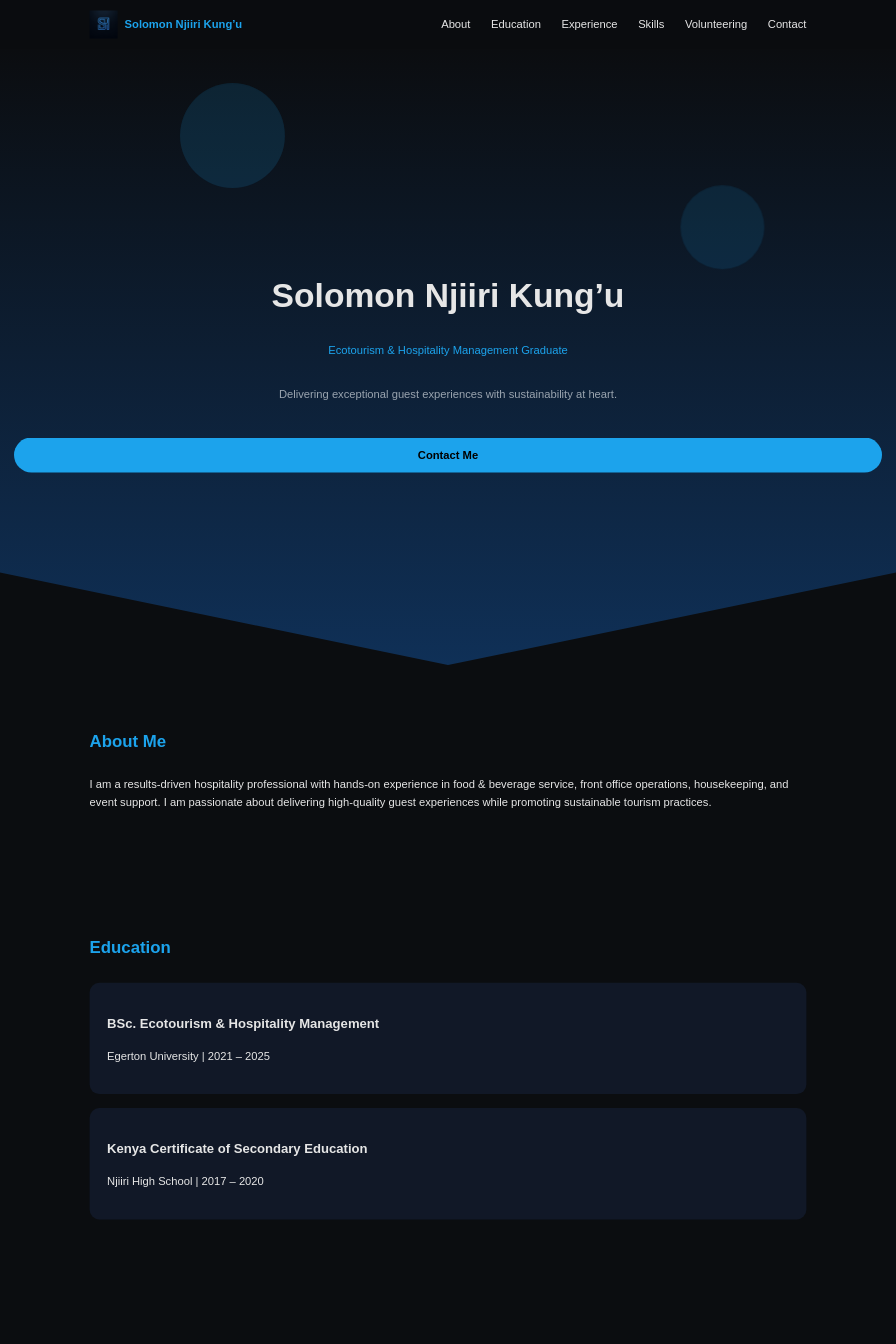
Repository: ladygit-comits/Solomon_Portfolio
Page: index.html
The author's editor kept a copy of each file at every save. The page is drawn from the files as they stood at one save, then again after the next save.
The browser window is 1280 px wide. The pictures show the part of the page from y = 0 to 1920 px (the page is 4438 px tall), at 70% of full size.

Above is the page before, as saved 2025-12-31 13:38:20.

After the next save:
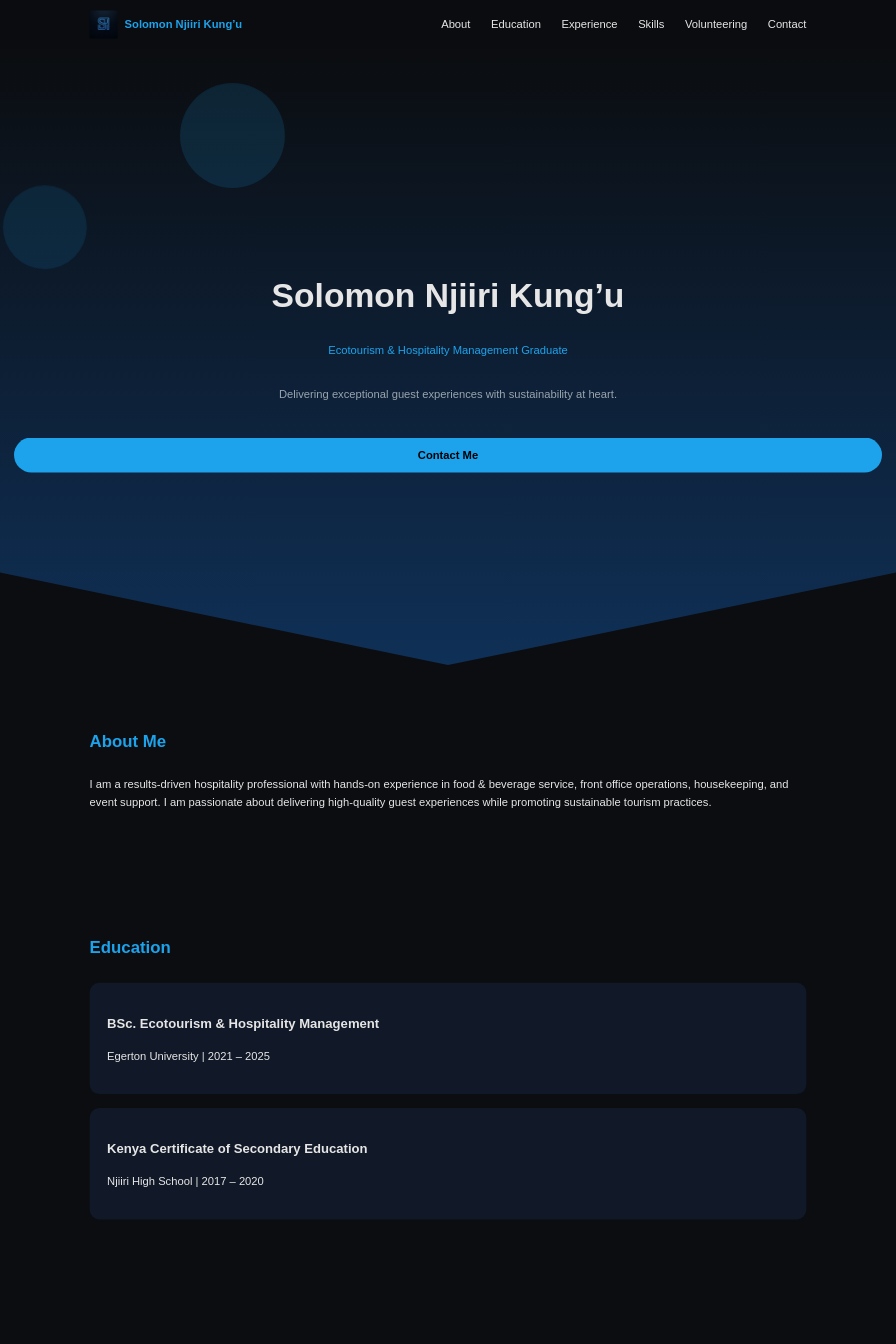
Saved 44 s later.
--- a/style.css
+++ b/style.css
@@ -25,6 +25,16 @@
   flex-direction: column;
   justify-content: center;
   clip-path: polygon(0 0, 100% 0, 100% 85%, 50% 100%, 0 85%);
+}
+.hero::after {
+  content: '';
+  position: absolute;
+  bottom: 0;
+  left: 0;
+  width: 100%;
+  height: 50px;
+  background: radial-gradient(circle at 50% 0, rgba(28,163,236,0.3), transparent 70%);
+  pointer-events: none;
 }
 
 

After the save that followed:
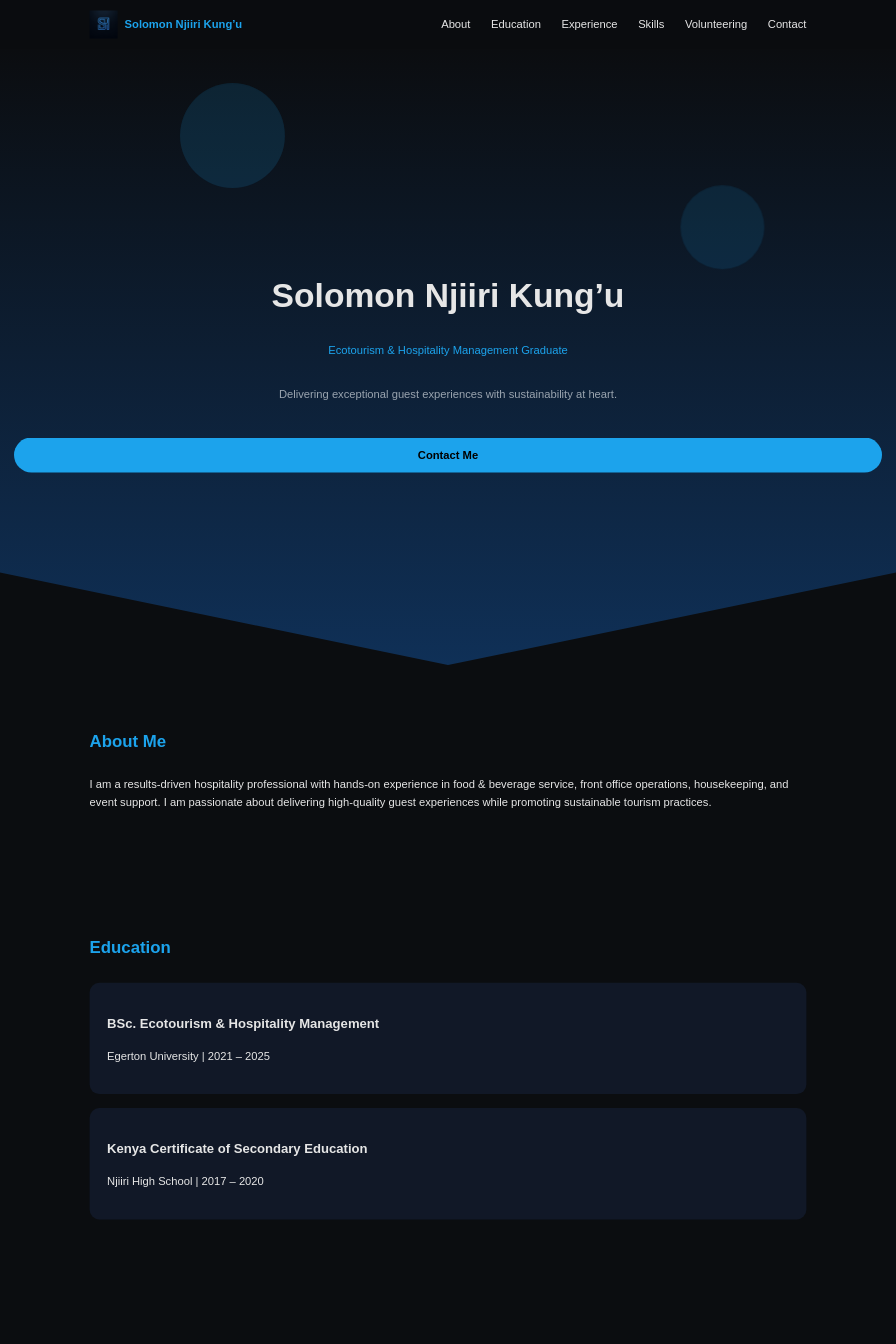
Saved 34 s later.
--- a/style.css
+++ b/style.css
@@ -25,16 +25,6 @@
   flex-direction: column;
   justify-content: center;
   clip-path: polygon(0 0, 100% 0, 100% 85%, 50% 100%, 0 85%);
-}
-.hero::after {
-  content: '';
-  position: absolute;
-  bottom: 0;
-  left: 0;
-  width: 100%;
-  height: 50px;
-  background: radial-gradient(circle at 50% 0, rgba(28,163,236,0.3), transparent 70%);
-  pointer-events: none;
 }
 
 
